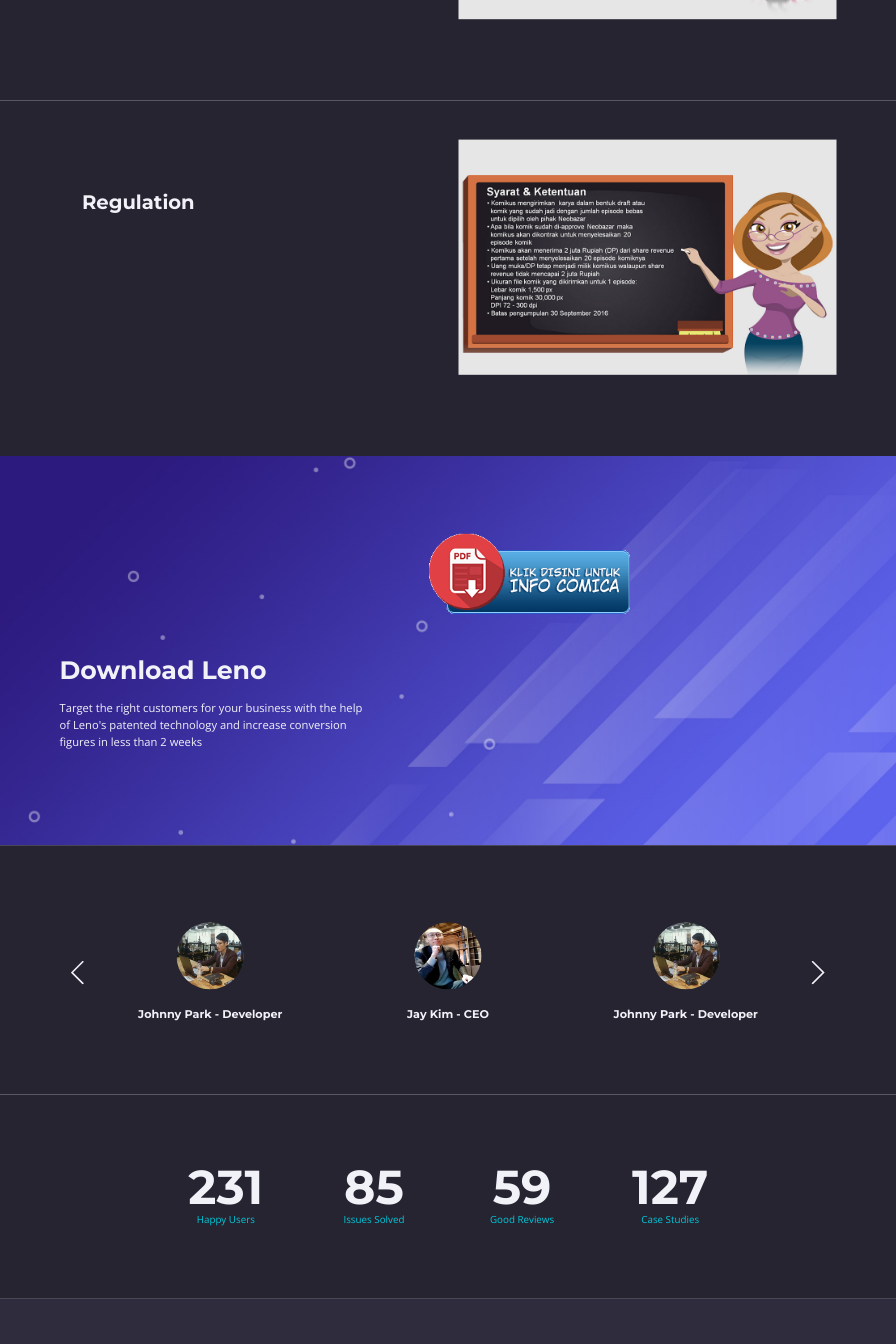
Repository: blackhat97/Homepage
Page: index.html
The author's editor kept a copy of each file at every save. The page is drawn from the files as they stood at one save, then again after the next save.
The browser window is 1280 px wide. The pictures show the part of the page from y = 2108 to 4028 px (the page is 4522 px tall), at 70% of full size.

Above is the page before, as saved 2020-04-03 12:32:34.

After the next save:
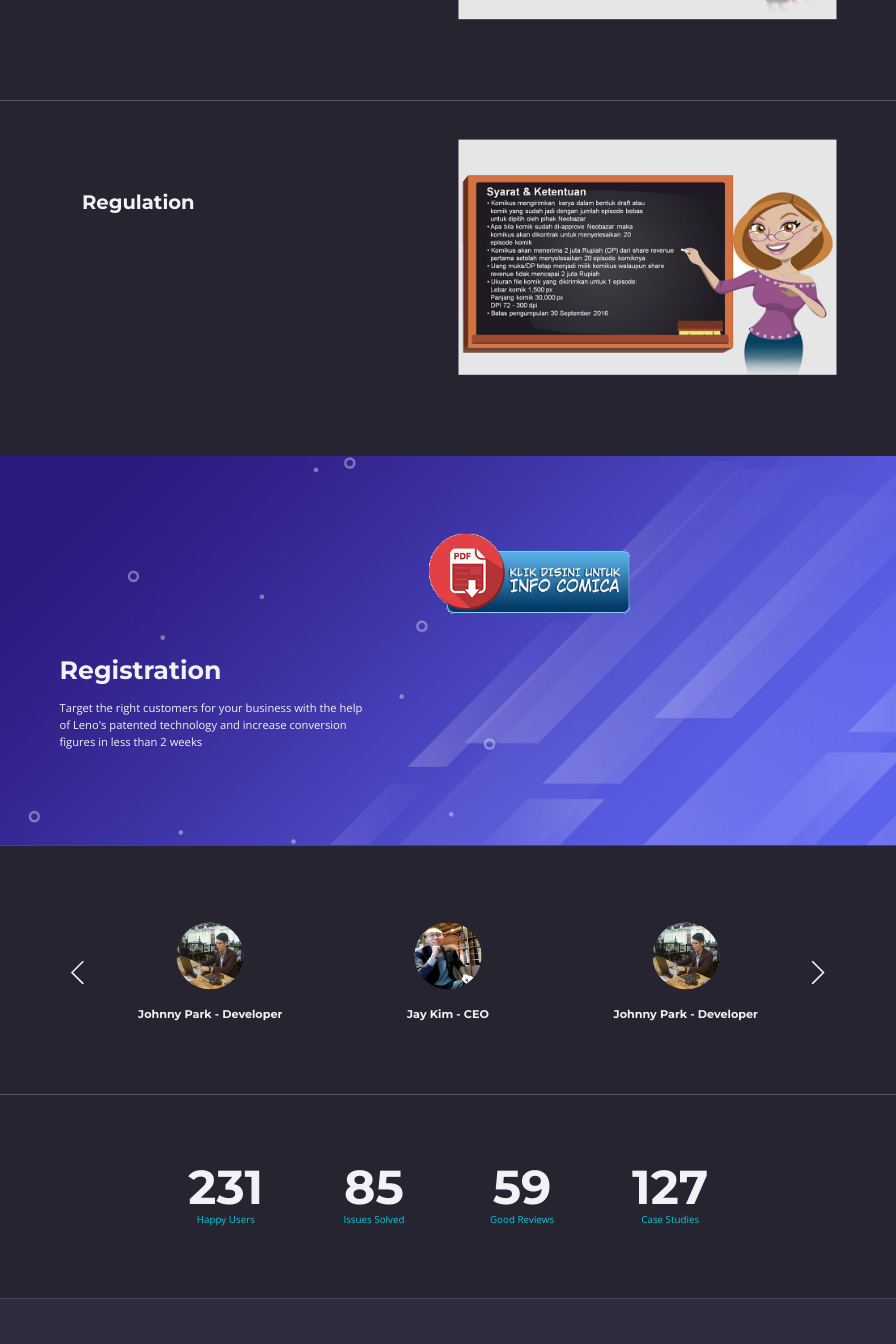
Saved 49 s later.
--- a/index.html
+++ b/index.html
@@ -260,7 +260,7 @@
             <div class="row">
                 <div class="col-lg-6 col-xl-5">
                     <div class="text-container">
-                        <h2>Download <span class="blue">Leno</span></h2>
+                        <h2>Registration</h2>
                         <p class="p-large">Target the right customers for your business with the help of Leno's patented technology and increase conversion figures in less than 2 weeks</p>
                     </div> <!-- end of text-container -->
                 </div> <!-- end of col -->
